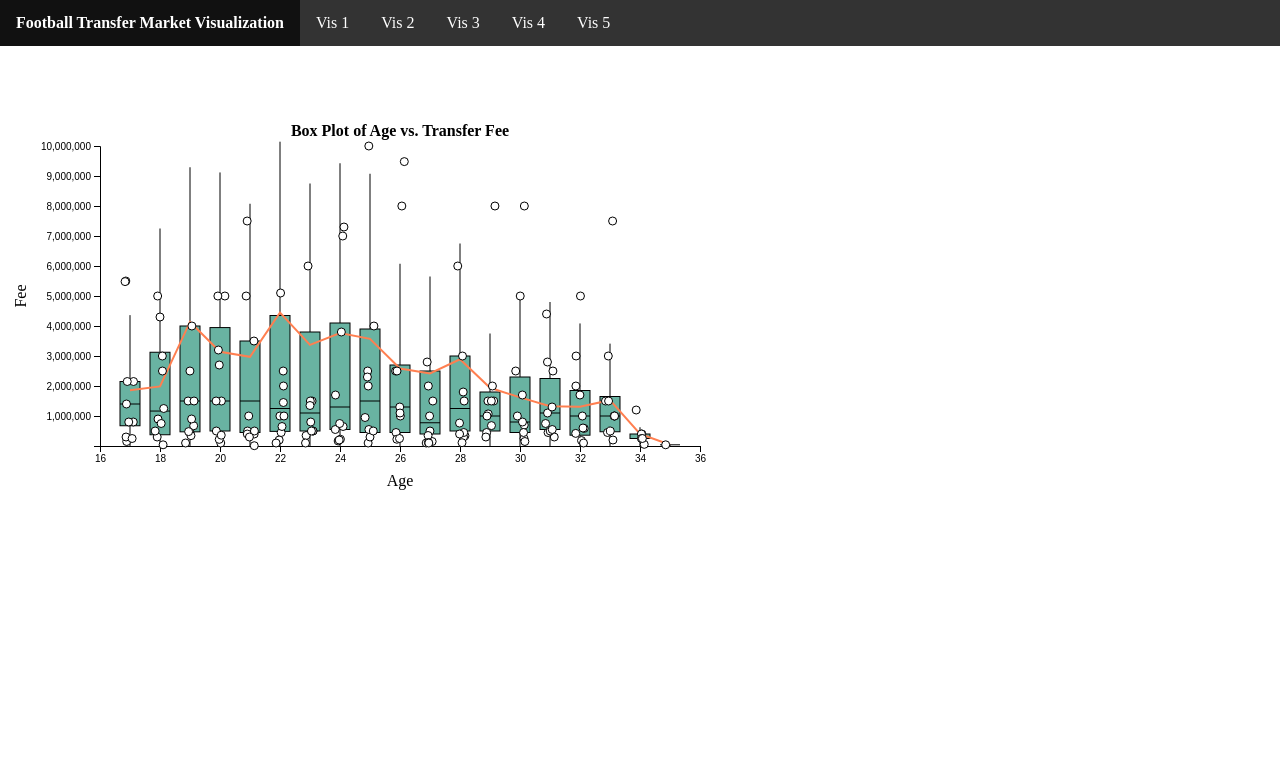
Repository: cedricshan/Football-Transfer-Market-Visualization
Page: dashboard/BoxPlot.html
These files come from the project's save history. The page is drawn as it stood at one moment and after a run of saves; the edit follows.
The browser window is 1280 px wide. The pictures show the whole page.

Above is the page before, as saved 2023-10-18 21:12:34.

After the next 2 saves:
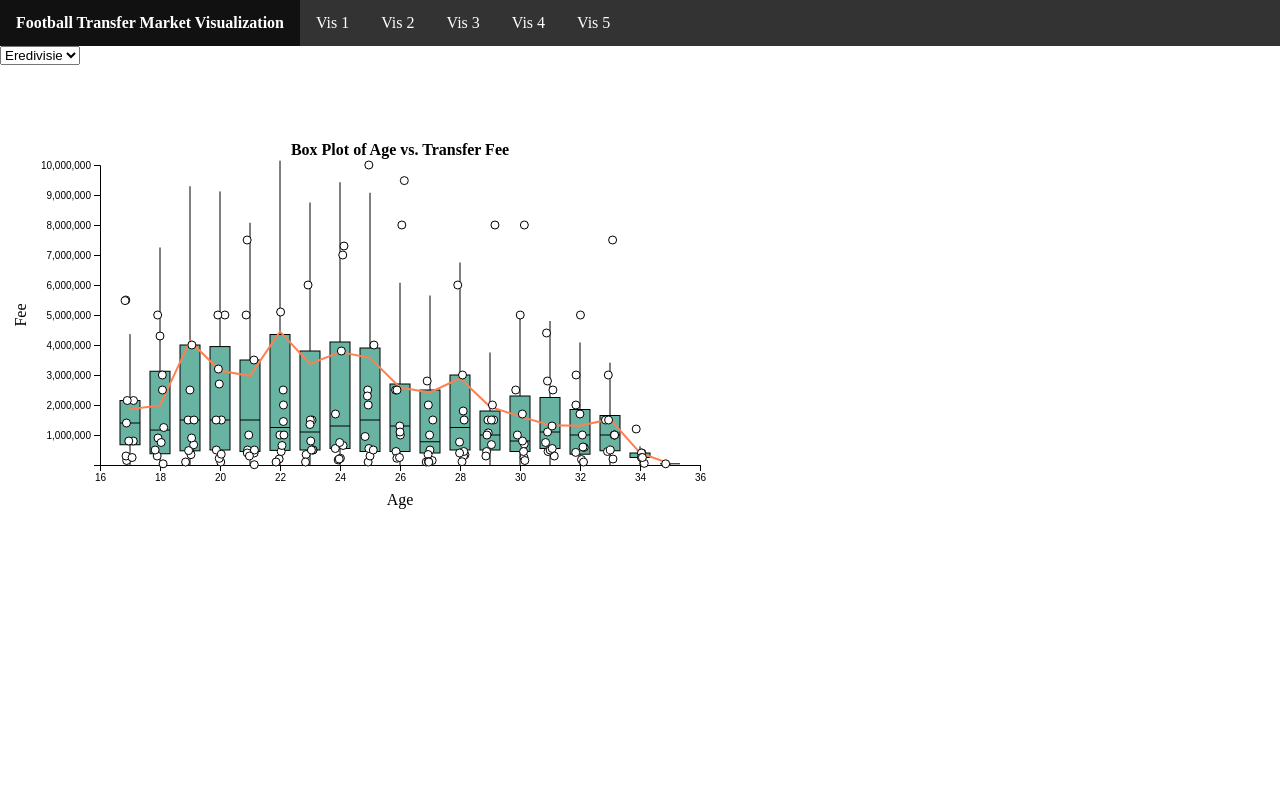
The 2 saves are shown as one change because they came seconds apart.
The last was saved 3 min 19 s later.
--- a/dashboard/BoxPlot.html
+++ b/dashboard/BoxPlot.html
@@ -15,10 +15,16 @@
         <li><a href="dashboard.html"><b>Football Transfer Market Visualization</b></a></li>
         <li><a href="network.html">Vis 1</a></li>
         <li><a href="chord.html">Vis 2</a></li>
-        <li><a href="ScatterPlot.html">Vis 3</a></li>
+        <li><a href="Position_interactive.html">Vis 3</a></li>
         <li><a href="LineChart.html">Vis 4</a></li>
         <li><a href="BoxPlot.html">Vis 5</a></li>
     </ul>
+    <select id="csv-select">
+        <option value="processed_eredivisie.csv">Eredivisie</option>
+        <!-- Add other files as options here. For example: -->
+        <!-- <option value="processed_premierleague.csv">Premier League</option> -->
+    </select>
+
     <script type="text/javascript" , src="BoxPlot.js"> </script>
 </body>
 
